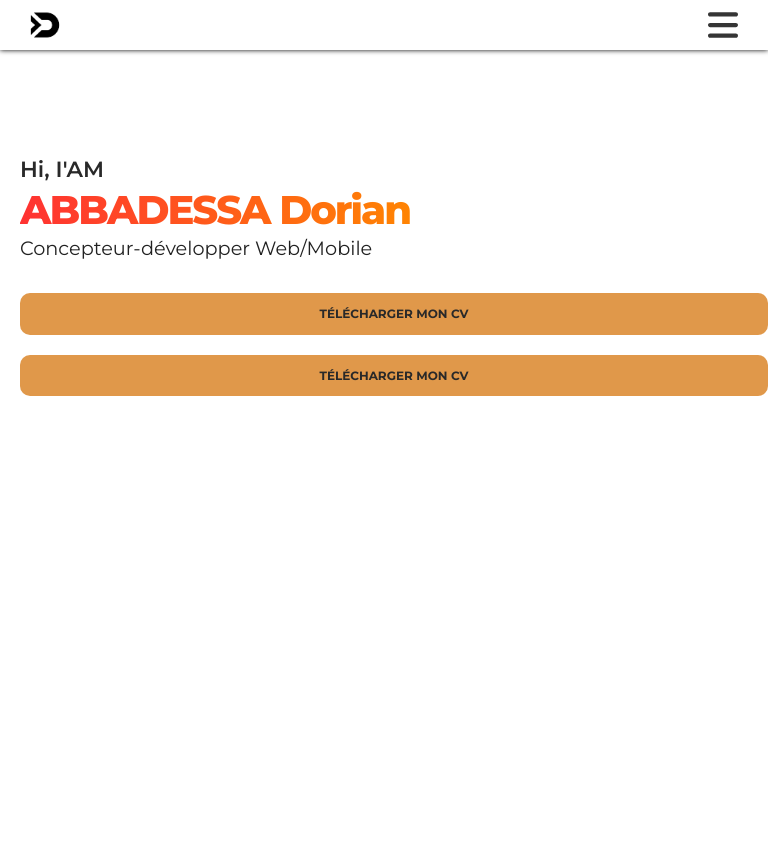
Repository: DorianABDS/Portfolio-ABBADESSA-Dorian
Page: index.html
These files come from the project's save history. The page is drawn as it stood at one moment and after the next save; the edit follows.
The browser window is 768 px wide. The pictures show the whole page.

Above is the page before, as saved 2024-11-27 00:01:19.

### index.html
<!DOCTYPE html>
<html lang="fr">
<head>
    <meta charset="UTF-8">
    <meta name="viewport" content="width=device-width, initial-scale=1.0">
    <meta charset="UTF-8">
    <meta name="viewport" content="width=device-width, initial-scale=1.0">
    <meta name="keywords" content="Portfolio, ABBADESSA Dorian, Web developper">
    <title>ABBADESSA Dorian - Portfolio</title>
    <link rel="shortcute icon" href="/src/img/Logo Div.png">
    <link rel="stylesheet" href="style.css">
</head>
<body>
    <header class="header">
        <nav class="navbar">
            <a href="index.html" class="logo"><img src="/src/img/Logo plat Div noir.png" alt=""></a>
            <div class="nav-links">
                <ul>
                    <li><a href="index.html">Accueil</a></li>
                    <li><a href="articles.html">Articles</a></li>
                    <li><a href="apropos.html">À propos</a></li>
                    <li><a href="contact.html">Contact</a></li>
                </ul>
            </div>
            <img src="/src/img/bars-solid.svg" alt="menu hamburger" class="menu-hamburger">
        </nav>
        <!-- <div class="social">
            <a href="#" title="Facebook"><img src="/src/img/icone Github.png" alt=""></a>
            <a href="#" title="Twitter"><img src="src/img/icone Linkedin.png" alt=""></a>
        </div> -->
    </header>
    <main>
        <section class="accueil">
            <div class="contrainer-accueil">
                <h2>Hi, I'AM</h2>
                <h1><span>ABBADESSA Dorian</span></h1>
                <p>Concepteur-développer Web/Mobile</p>
                <div class="button-accueil">
                    <a href="#">télécharger mon cv</a>
                    <a href="#">télécharger mon cv</a>
                </div>
            </div>
        </section>
    </main>
</body>
<script>
    const menuHamburger = document.querySelector(".menu-hamburger")
    const navLinks = document.querySelector(".nav-links")
    const social = document.querySelector(".social")

    menuHamburger.addEventListener('click',()=>{
    navLinks.classList.toggle('mobile-menu')
    })
</script>
</html>

### style.css
@font-face {
    font-family: "Montserrat";
    src: url(/src/font/Montserrat-VariableFont_wght.ttf);
}

* {
    margin: 0;
    padding: 0;
    text-decoration: none;
    list-style: none;
    box-sizing: border-box;

}

html, body {
    font-size: 19.3px;
    color: rgba(0, 0, 0, .87);
    background-color: #fff;
    font-family: "Montserrat", sans-serif;
    line-height: 1.8;
    font-weight: 400;
}

.navbar {
    background: rgb(255, 255, 255);
    backdrop-filter: blur(10px);
    box-shadow: 0 0 5px rgb(0, 0, 0);;
    top: 0;
    left: 0;
    height: 50px;
    width: auto;
    position: fixed;
    padding-left: 30px;
    padding-right: 61px;
    width: 100%;
    display: flex;
    justify-content: space-between;
    align-items: center;
    z-index: 1;
}

.navbar a {
    color: #292929;
    font-weight: 700;
    display: inline;
}

.navbar .nav-links ul li a::after {
    content: "";
    display: block;
    height: 2px;
    background: rgb(255, 255, 255);
    transform: scale(0);
    transition: transform 0.2s ease-in-out;
}

.navbar .nav-links ul li a:hover::after {
    transform: scale(1);
}

.navbar .logo {
    transform: none;
    font-weight: 700;
}

.navbar .nav-links ul {
    display: flex;
    align-items: center;
}

.navbar .nav-links ul li {
    display: flex;
    margin: 0 25px;
}

.navbar .nav-links ul li img {
    display: flex;
    padding: -20px;
    margin-left: -23px;
}

.navbar .menu-hamburger {
    display: none;
    position: absolute;
    top: 8px;
    right: 30px;
    width: 30px;
}

.social a {
    border: solid;
}

.accueil {
    padding-top: 100px;
    margin-top: 50px;
    width: 100%;
    height: 100vh;
}

.contrainer-accueil {
    padding-left: 20px;
}

.contrainer-accueil a {
    color: #292929;
    text-transform: uppercase;
    font-weight: 700;
    padding: 10px;
    border-radius: 10px;
    border: 0;
    background-color: #E0984A;
}

@media  screen and (max-width: 814px) {
    .navbar .menu-hamburger {
        display: block;
    }

    .nav-links.mobile-menu {
        margin-left: 0;
    }

    .navbar {
        padding: 0;
    }

    .navbar .logo {
        padding-left: 20px;
    }

    .navbar .logo img {
        display: flex;
        align-items: center;
        width: 50px;
    }

    .nav-links {
        position: absolute;
        background-color: rgba(255, 255, 255, 0.12);
        backdrop-filter: blur(8px);
        top: 0;
        left: 0;
        width: 100%;
        height: 100vh;
        display: flex;
        justify-content: center;
        align-items: center;
        margin-left: 100%;
        transition: all 0.5s ease;
    }

    .nav-links ul {
        display: flex;
        flex-direction: column;
        align-items: center;
    }

    .navbar .nav-links ul li {
        margin: 15px 0;
        font-size: 1.2em;
    }

    .accueil h2 {
        font-size: 22px;
        font-weight: 600;
        color: #292929;
    }

    .accueil h1 {
        display: inline-block;
        padding-right: 20px;
        line-height: 100%;
        font-size: 40px;
        letter-spacing: -2px;
        font-weight: 800;
        background: linear-gradient(90deg, rgba(255,50,50,1) 0%, rgba(255,136,0,1) 100%);
        -webkit-background-clip: text;
        -webkit-text-fill-color: transparent;
    }

    .accueil p {
        line-height: 150%;
        padding-right: 20px;
        margin-bottom: 30px;
    }

    .button-accueil a {
        display: flex;
        justify-content: center;
        margin-top: 30px;
        font-size: 12px;
        padding: 10px 30px;
        margin-bottom: -10px;
    }
}

### src/img/bars-solid.svg
<svg xmlns="http://www.w3.org/2000/svg" viewBox="0 0 448 512" fill="#353535"><!--!Font Awesome Free 6.7.0 by @fontawesome - https://fontawesome.com License - https://fontawesome.com/license/free Copyright 2024 Fonticons, Inc.--><path d="M0 96C0 78.3 14.3 64 32 64l384 0c17.7 0 32 14.3 32 32s-14.3 32-32 32L32 128C14.3 128 0 113.7 0 96zM0 256c0-17.7 14.3-32 32-32l384 0c17.7 0 32 14.3 32 32s-14.3 32-32 32L32 288c-17.7 0-32-14.3-32-32zM448 416c0 17.7-14.3 32-32 32L32 448c-17.7 0-32-14.3-32-32s14.3-32 32-32l384 0c17.7 0 32 14.3 32 32z"/></svg>

After the next save:
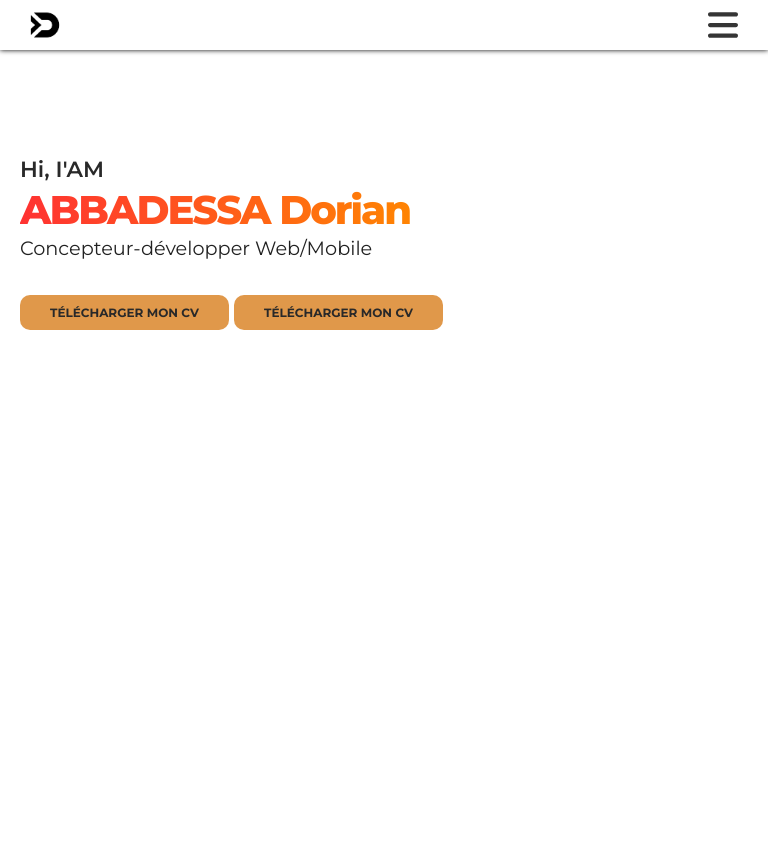
Saved 27 s later.
--- a/style.css
+++ b/style.css
@@ -185,12 +185,9 @@ html, body {
         margin-bottom: 30px;
     }
 
-    .button-accueil a {
-        display: flex;
-        justify-content: center;
+    .contrainer-accueil a {
         margin-top: 30px;
         font-size: 12px;
         padding: 10px 30px;
-        margin-bottom: -10px;
     }
 }
